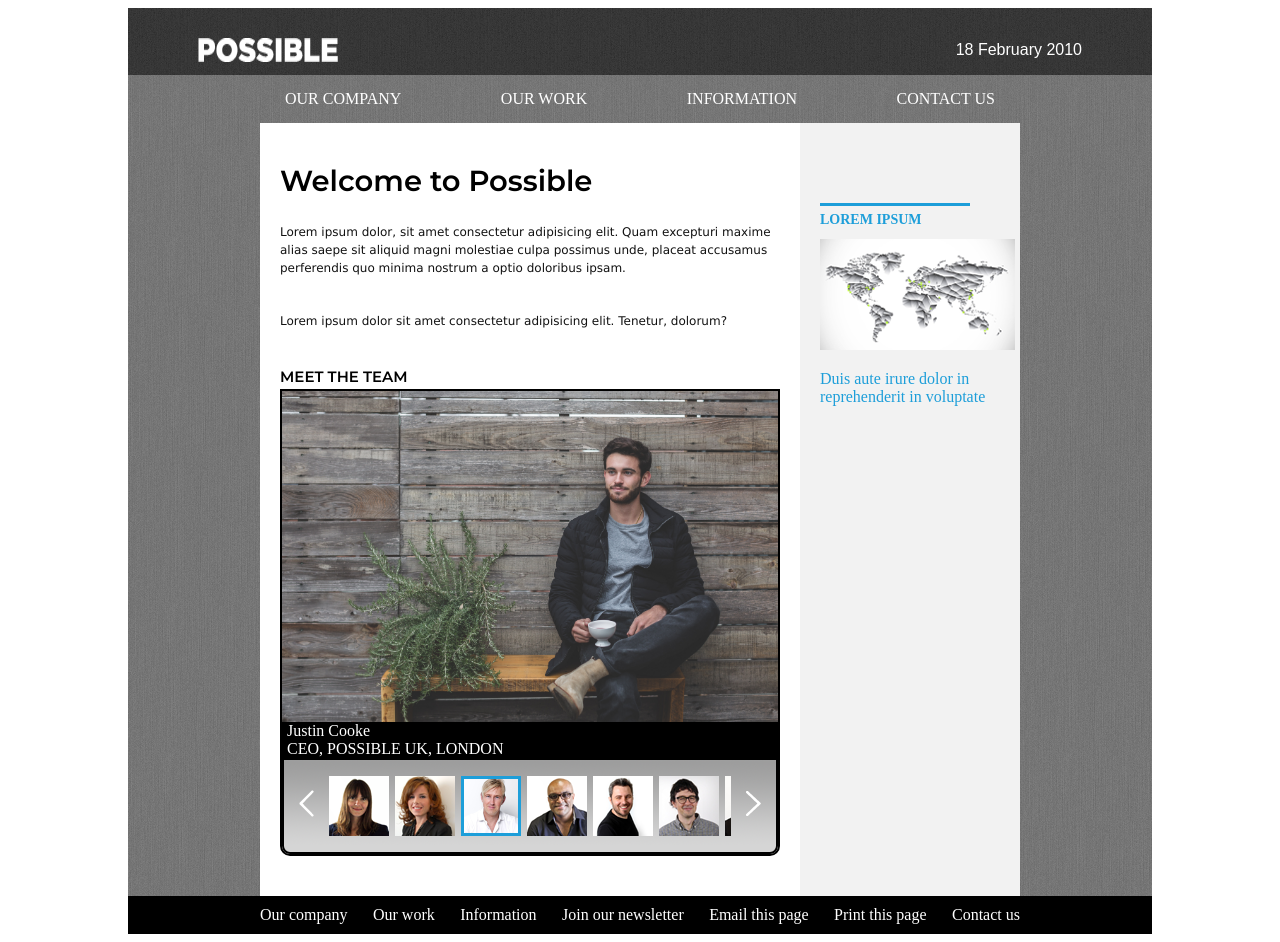
Repository: grzegorzgebala/possible-site
Page: index.html
These files come from the project's save history. The page is drawn as it stood at one moment and after the next save; the edit follows.
The browser window is 1280 px wide. The pictures show the whole page.
The style sheet was rebuilt from its Sass, Less or Tailwind sources for each picture, by a compiler version that may differ from the author's.

Above is the page before, as saved 2020-02-16 16:59:40.
Console error: TypeError: Cannot read properties of null (reading 'children')

### index.html
<!DOCTYPE html>
<html>
	<head>
        <meta charset="utf-8">
        <link href="https://fonts.googleapis.com/css?family=Montserrat:600&display=swap" rel="stylesheet">
		<link rel="stylesheet" type="text/css" href="css/style.css">
		<title>Possible page</title>
	</head>
	<body>
        <div class="container">
            <header>
                <img src="images/logo.png" alt="possible logo">
                <div class="date">18 February 2010</div>
            </header>
            <nav class="menu">
                <ul>
                    <li>our company</li>
                    <li>our work</li>
                    <li>information</li>
                    <li>contact us</li>
                </ul>
            </nav>
            <div class="mainSite">
                <div class="leftSide">
                    <div class="welcome">Welcome to Possible</div>
                    <article>Lorem ipsum dolor, sit amet consectetur adipisicing elit. Quam excepturi maxime alias saepe sit aliquid magni molestiae culpa possimus unde, placeat accusamus perferendis quo minima nostrum a optio doloribus ipsam.</article>
                    <article>Lorem ipsum dolor sit amet consectetur adipisicing elit. Tenetur, dolorum?</article>
                    <div class="meetTitle">Meet the team</div>
                    <div class="carousel">
                        <img id="big" src="/images/employees/picture1.png" alt="possible logo">
                        <div class="descriptor">
                            <div>Justin Cooke</div>
                            <div>CEO, POSSIBLE UK, LONDON</div>
                        </div>
                        <div class="miniatures">
                            <button onclick="myFunc()" class="leftArrow arrow">
                                <img src="/images/icons/leftArrow.png" alt="leftArrow">
                            </button>
                            <div class="miniaturesContainer">
                                <ul>
                                    <li>
                                        <div class="pictureContainer"></div>
                                        <img src="/images/employees/min1.png" alt="person1">
                                    </li>
                                    <li>
                                        <div class="pictureContainer"></div>
                                        <img id="2" src="/images/employees/min2.png" alt="person2">
                                    </li>
                                    <li>
                                        <div class="activeImg"></div>
                                        <img id="3" src="/images/employees/min3.png" alt="person3">
                                    </li>
                                    <li>
                                        <div class="pictureContainer"></div>
                                        <img id="4" src="/images/employees/min4.png" alt="person4">
                                    </li>
                                    <li>
                                        <div class="pictureContainer"></div>
                                        <img id="5" src="/images/employees/min5.png" alt="person5">
                                    </li>
                                    <li>
                                        <div class="pictureContainer"></div>
                                        <img id="6" src="/images/employees/min6.png" alt="person6">
                                    </li>
                                    <li>
                                        <div class="pictureContainer"></div>
                                        <img src="/images/employees/min7.png" alt="person7">
                                    </li>
                                    <li>
                                        <div class="pictureContainer"></div>
                                        <img src="/images/employees/min8.png" alt="person8">
                                    </li>
                                    <li>
                                        <div class="pictureContainer"></div>
                                        <img src="/images/employees/min9.png" alt="person9">
                                    </li>
                                    <li>
                                        <div class="pictureContainer"></div>
                                        <img src="/images/employees/min10.png" alt="person10">
                                    </li>
                                </ul>
                            </div>
                            <button onclick="myFunc()" class="rightArrow arrow">
                                <img src="/images/icons/rightArrow.png" alt="rightArrow">
                            </button>
                        </div>
                    </div>
                </div>
                <div class="rightSide">
                    <div class="rightTitle">lorem ipsum</div>
                    <img src="/images/map.png" alt="map">
                    <p>Duis aute irure dolor  in reprehenderit in voluptate</p>
                </div>
            </div>
            <footer>
                <ul>
                    <li>our company</li>
                    <li>our work</li>
                    <li>information</li>
                    <li>join our newsletter</li>
                    <li>email this page</li>
                    <li>print this page</li>
                    <li>contact us</li>
                </ul>
            </footer>
        </div>
    </body>
    <script type="text/javascript" src="/js/script.js"></script>
</html>

### js/script.js
// const click1 = document.getElementById("1");
// const click2 = document.getElementById("2");
// const click3 = document.getElementById("3");
// const big = document.getElementById("big");

// click1.addEventListener('click', (click) => {
//     console.log(click);
//     big.setAttribute('src', '/images/employees/picture2.png');
// })

// function myFunc() {
//     console.log('Jestem w myFunc');
//     document.getElementById("big").setAttribute('src', '/images/employees/picture2.png');
// }

const track = document.querySelector('.carouselTrack');
const slides = Array.from(track.children);
const nextButton = document.querySelector('.rightArrow');
const prevButton = document.querySelector('.leftArrow');

const slideWidth = slides[0].getBoundingClientRect().width;
console.log(slideWidth);

slides[0].style.left = slideWidth * 0 + 'px';

// when I click left, move slides to the left
// when I click right move slide to the right

### sass/style.scss
// variables
$menuElementsColor: #ffffff;
$contentElementsColor: #000000;
$footerBackgroundColor: #000000;
$menuHooverColor: #000000;
$activeMenuColor: #1d9ed9;
$sideMenuColor: #1d9ed9;
$fontMenu: "Proxima Nova";
$leftSideBackgroundColor: #ffffff;
$rightSideBackgroundColor: #f2f2f2;
$contentHeaderFont: "Montserrat", sans-serif;;
$contentDescriptionFont: "Verdana";
$contentColor: #121212;

// page style
.container {
    max-width: 1024px;
    margin: 0 auto;
    background-image: url("/images/mainBackground.png");
}

// header style
header {
    background-image: url("/images/backgroundHeader.png");
    display: flex;
    justify-content: space-between;
    padding: 30px 70px 13px 70px;

    .date {
        color: $menuElementsColor;
        // font-size: 12px;
        line-height: 24px;
        font-family: "Arial";
        // font-weight: bold;
    }
}

// menu
.menu ul {
    max-width: 760px;
    margin: 5px auto;
    display: flex;
    justify-content: space-between;
    list-style-type: none;
    color: $menuElementsColor;
    text-transform: uppercase;
    padding: 0;

    :hover {
        background-color: $menuHooverColor;
        color: $activeMenuColor;
        cursor: pointer;
    }

    li {
        padding: 10px 25px;
    }
}

// main content
.mainSite {
    max-width: 760px;
    margin: 0 auto;
    display: flex;
    justify-content: center;
    flex-direction: row;

    .leftSide {
        width: 100%;
        max-width: 500px;
        background-color: $leftSideBackgroundColor;
        padding: 40px 20px;

        .welcome {
            font-family: $contentHeaderFont;
            margin: 0;
            font-size: 29px;
            font-weight: bold;
        }

        article {
            font-family: $contentDescriptionFont;
            font-size: 12px;
            line-height: 18px;
            color: $contentColor;
            margin-top: 25px;
            margin-bottom: 35px;
        }
        .meetTitle {
            font-size: 15px;
            line-height: 24px;
            text-transform: uppercase;
            color: $contentElementsColor;
            font-family: $contentHeaderFont;
        }

        .descriptor {
            background-color: black;
            padding-left: 5px;

            div {
                color: white;
            }
        }

        .carousel {
            display: flex;
            flex-direction: column;
            border: 2px solid black;
            border-bottom-left-radius: 10px;
            border-bottom-right-radius: 10px;

            .miniatures {
                overflow: hidden;
                background-image: url("/images/carouseleBackground.png");
                display: flex;
                // justify-content: space-between;
                // align-items: center;
                // padding: 20px 15px;
                border: 2px solid black;
                border-bottom-left-radius: 8px;
                border-bottom-right-radius: 8px;

                ul {
                    display: flex;
                    // justify-content: space-between;
                    // align-items: center;
                    list-style-type: none;
                    // width: 100%;
                    padding: 0;

                    li {
                        // margin: 0 3px;
                        margin-right: 6px;
                        height: 60px;
                        width: 60px;
                        img {

                            // width: 100%;
                            object-fit: cover;
                        }
                    }
                }

                .pictureContainer {
                    // width: 60px;
                    // height: 60px;
                    // position: absolute;
                    // z-index: 1;
                    // background: black;
                    // opacity: .3;
                }

                .activeImg {
                    position: absolute;
                    z-index: 1;
                    width: 54px;
                    height: 54px;
                    border: 3px solid $sideMenuColor;
                }

                .miniaturesContainer {
                    max-width: 500px;
                    overflow: hidden;
                }

                .arrow {
                    margin: 0 15px;
                }

                button {
                    background: none;
                    color: inherit;
                    border: none;
                    padding: 0;
                    font: inherit;
                    cursor: pointer;
                    outline: inherit;
                }
            }
        }
    }


    .rightSide {
        background-color: $rightSideBackgroundColor;
        width: 40%;
        padding-left: 20px;

        .rightTitle {
            text-transform: uppercase;
            color: $sideMenuColor;
            font-weight: bold;
            font-size: 14px;
            line-height: 18px;
            border-top: 3px solid $sideMenuColor;
            width: 150px;
            margin-top: 80px;
            margin-bottom: 10px;
            padding-top: 5px;
        }

        p {
            color: $sideMenuColor;
        }
    }

}

// footer
footer {
    background: $footerBackgroundColor;
}

footer ul {
    display: flex;
    justify-content: space-between;
    max-width: 760px;
    margin: 0 auto;
    list-style-type: none;
    color: $menuElementsColor;
    background: $footerBackgroundColor;
    padding: 10px;

    :hover {
        color: $activeMenuColor;
        cursor: pointer;
    }

    li::first-letter {
        text-transform: uppercase;
    }
}

After the next save:
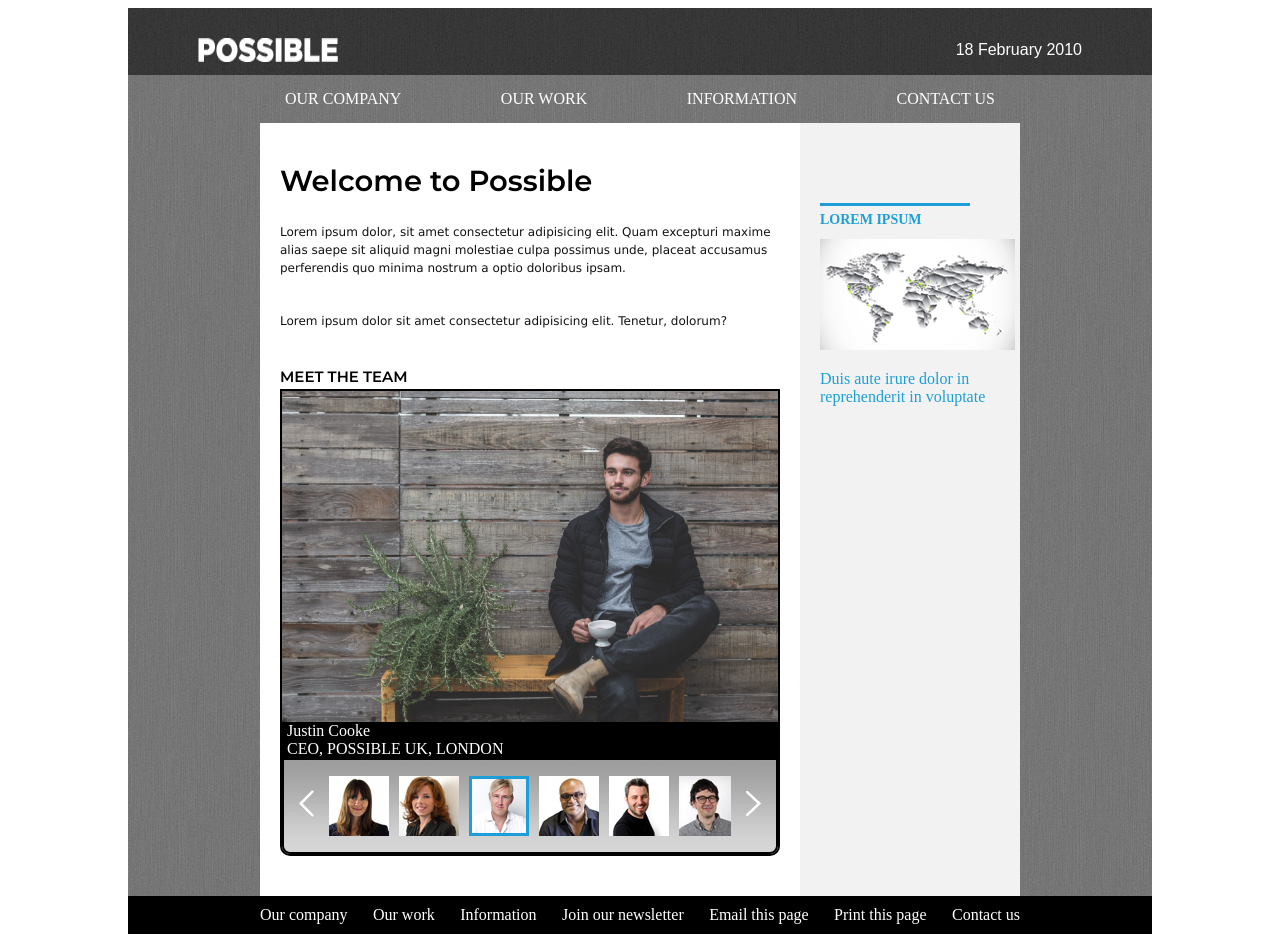
Saved 6 s later.
--- a/sass/style.scss
+++ b/sass/style.scss
@@ -131,7 +131,7 @@ header {
 
                     li {
                         // margin: 0 3px;
-                        margin-right: 6px;
+                        margin-right: 10px;
                         height: 60px;
                         width: 60px;
                         img {
